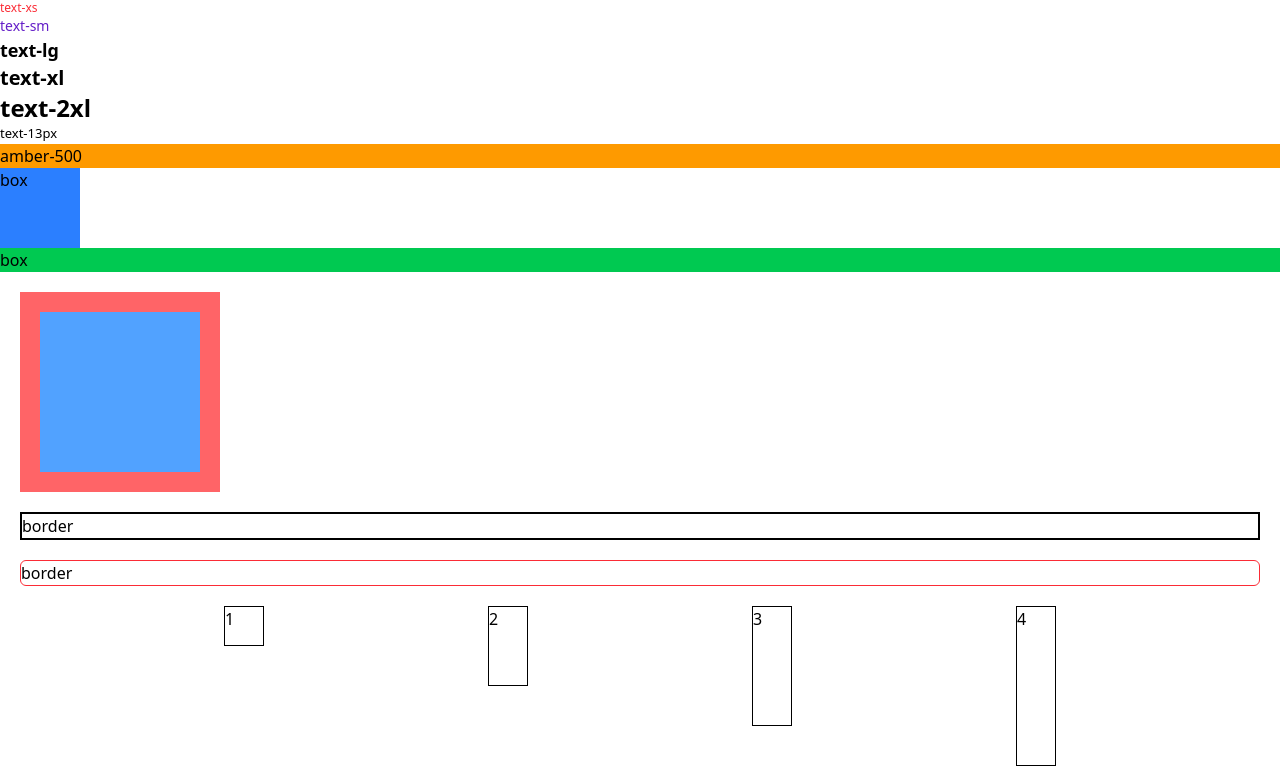
Repository: kkhhjjoo/onebite-tailwind
Page: /
An editor plug-in stored every save of this project. The page is shown before and after the next save, followed by the edit.
The browser window is 1280 px wide. The pictures show the whole page.
The project was rebuilt for these pictures with package versions that can differ from the ones it lists, and the page was loaded fresh each time. Also part of the build but not shown: vite.config.ts, src/App.css.

Above is the page before, as saved 2025-12-24 20:06:59.

After the next save:
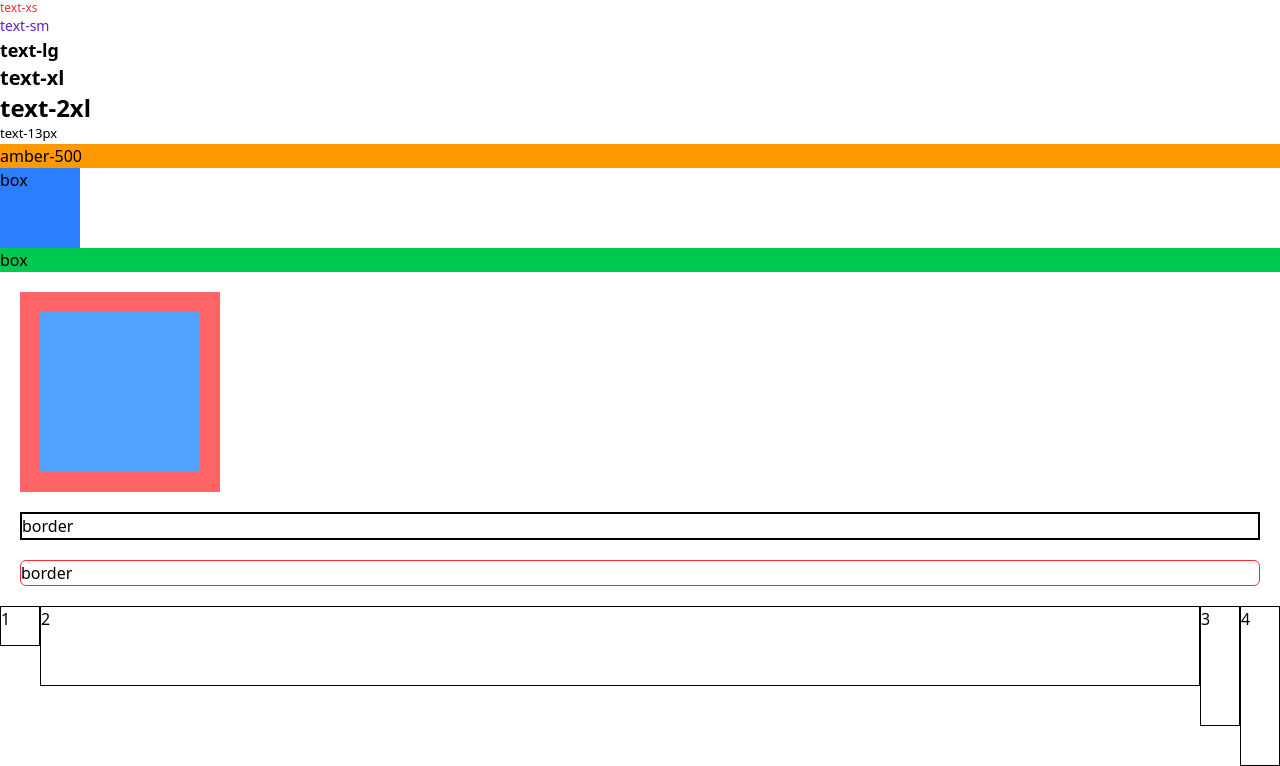
Saved 20 s later.
--- a/src/App.tsx
+++ b/src/App.tsx
@@ -33,7 +33,7 @@ function App() {
       {/* 6. 플렉스 컨테이너 */}
       <div className="flex flex-row items-start justify-evenly">
         <div className="h-10 w-10 border">1</div>
-        <div className="h-20 w-10 border">2</div>
+        <div className="h-20 w-10 flex-1 border">2</div>
         <div className="h-30 w-10 border">3</div>
         <div className="h-40 w-10 border">4</div>
       </div>
